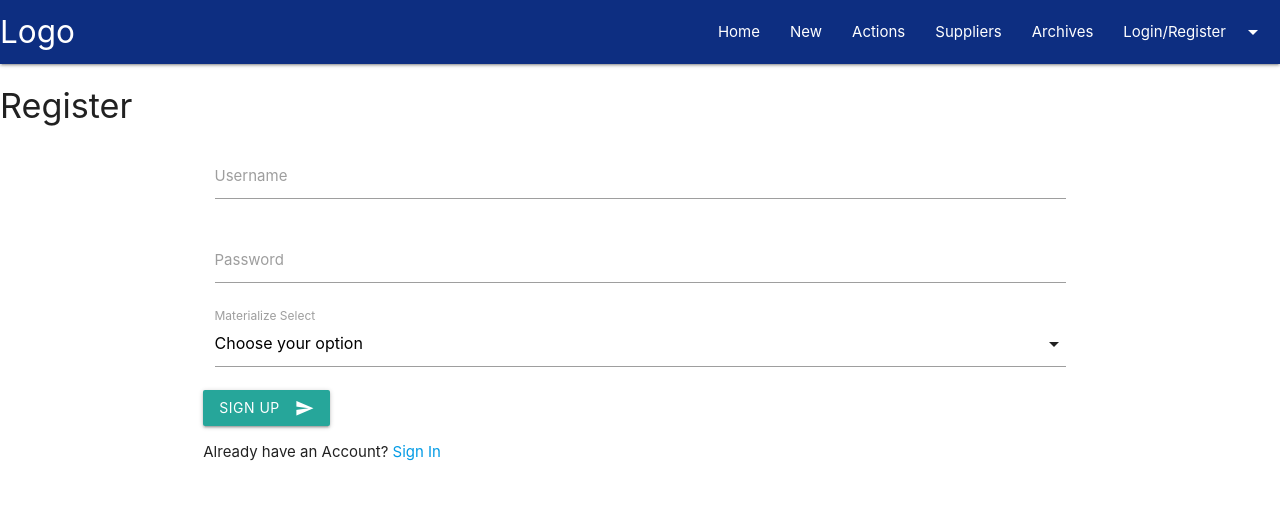
Repository: jamesgreen21/product-request-tracker
Page: tracker/templates/register.html
The author's editor kept a record of every edit. The page is drawn from the files as they stood at one moment, then again after the next edit.
The browser window is 1280 px wide. The pictures show the whole page.
The template is drawn by Flask 3. The application's start-up code is not run. Other server files are loaded and not shown. The template is opened directly, without the code that normally fills it, so the values that code supplies are empty.

Above is the page before.

### tracker/templates/register.html
{% extends 'base.html' %}
{% block title %}<title>Request Tracker | Register</title>{% endblock %}

{% block content %}

    <h4 class="branded-title">Register</h4>
    <div class="container">
        <div class="row">
            <form class="col s12" method="POST" action="{{ url_for('auth.register') }}">
                <div class="input-field col s12">
                    <input id="username" name="username" type="text" class="validate">
                    <label for="username">Username</label>
                </div>
                <div class="input-field col s12">
                    <input id="password" type="password" class="validate" name="password">
                    <label for="password">Password</label>
                </div>
                <div class="input-field col s12">
                    <select id="user_type" name="user_type">
                        <option value="" disabled selected>Choose your option</option>
                        <option value="0">Product Request Team</option>
                        <option value="1">Health & Safety Team</option>
                        <option value="2">Quality Team</option>
                        <option value="3">Scheduling Team (Cagefill)</option>
                        <option value="4">TARDIS Team (Restaurant Impact)</option>
                    </select>
                <label>Materialize Select</label>
                </div>
                <button class="btn waves-effect waves-light" type="submit" name="action">Sign Up<i class="material-icons right">send</i></button>
            </form>
            <div class="col s12">
                <p>Already have an Account? <a href="{{ url_for('auth.login') }}">Sign In</a></p>
            </div>
        </div>
    </div>

{% endblock content %}

### tracker/templates/base.html
<!DOCTYPE html>
<html>

<head>
    <!--Import Google Icon Font-->
    <link href="https://fonts.googleapis.com/icon?family=Material+Icons" rel="stylesheet">
    <!--Import materialize.css-->
    <link rel="stylesheet" href="https://cdnjs.cloudflare.com/ajax/libs/materialize/1.0.0/css/materialize.min.css">
    <link rel="stylesheet" href="{{ url_for('static', filename='css/main.css') }}" type="text/css" />
    <!--Let browser know website is optimized for mobile-->
    <meta name="viewport" content="width=device-width, initial-scale=1.0" /> {% block title %}{% endblock %}
</head>

<body>

    <!-- Navbar Dropdown -->
    <ul id="dropdown1" class="dropdown-content">
        {% if current_user.is_authenticated %}
        <li><a href="{{ url_for('auth.logout') }}">Logout</a></li>
        {% else %}
        <li><a href="{{ url_for('auth.login') }}">Login</a></li>
        <li><a href="{{ url_for('auth.register') }}">Register</a></li>
        {% endif %}
    </ul>

    <!-- Navbar -->
    <div class="navbar-fixed">
        <nav>
            <div class="nav-wrapper branded-blue">
                <a href="{{ url_for('main.index') }}" class="brand-logo">Logo</a>
                <a href="#" data-target="mobile-demo" class="sidenav-trigger"><i class="material-icons">menu</i></a>
                <ul class="right hide-on-med-and-down">
                    <li><a href="{{ url_for('main.index') }}">Home</a></li>
                    <li><a href="{{ url_for('main.add_request') }}">New</a></li>
                    <li><a href="{{ url_for('action.action_outstanding') }}">Actions</a></li>
                    <li><a href="{{ url_for('supplier.suppliers') }}">Suppliers</a></li>
                    <li><a href="{{ url_for('main.archives') }}">Archives</a></li>
                    <!-- Dropdown Trigger -->
                    <li><a class="dropdown-trigger" href="#!" data-target="dropdown1">
                        {% if current_user.is_authenticated %}{{ current_user.username }}{% else %}Login/Register{% endif %}
                        <i class="material-icons right">arrow_drop_down</i>
                    </a></li>
                </ul>
            </div>
        </nav>
    </div>

    <!-- Navbar Mobile -->
    <ul class="sidenav" id="mobile-demo">
        <li><a href="{{ url_for('main.index') }}">Home</a></li>
        <li><a href="{{ url_for('main.add_request') }}">New</a></li>
        <li><a href="{{ url_for('action.action_outstanding') }}">Actions</a></li>
        <li><a href="{{ url_for('supplier.suppliers') }}">Suppliers</a></li>
        <li><a href="{{ url_for('main.archives') }}">Archives</a></li>

        <!--Authentification check-->
        {% if current_user.is_authenticated %}
        <li><a href="{{ url_for('auth.logout') }}">Logout</a></li>
        {% else %}
        <li><a href="{{ url_for('auth.login') }}">Login</a></li>
        <li><a href="{{ url_for('auth.register') }}">Register</a></li>
        {% endif %}
    </ul>

    <!----- Messages ----->
    {% with messages = get_flashed_messages(with_categories=true) %}
    {% if messages %}
        {% for category, message in messages %}
        <div class="card-panel center flash-message {{ category }}">
            <span>{{ message }}</span>
        </div>
        {% endfor %}
    {% endif %}
    {% endwith %}

    <!----- Page content ----->
    {% block content %} {% endblock %}

    <!-- jquery -->
    <script src="https://code.jquery.com/jquery-3.4.0.js" integrity="sha256-DYZMCC8HTC+QDr5QNaIcfR7VSPtcISykd+6eSmBW5qo=" crossorigin="anonymous"></script>
    <!--JavaScript at end of body for optimized loading-->
    <script src="https://cdnjs.cloudflare.com/ajax/libs/materialize/1.0.0/js/materialize.min.js"></script>
    <script type="text/javascript">
        $(document).ready(function() {

        //  Materialize - initialize
            $('.sidenav').sidenav();
            $(".dropdown-trigger").dropdown();
            $('select').formSelect();
            $('.collapsible').collapsible();
            $('.materialboxed').materialbox();
            $('.fixed-action-btn').floatingActionButton();
            $('.tooltipped').tooltip();
            $('.modal').modal();

            //  Number formatting for thousand comma
            $( ".numberFormat" ).each(function() {
                var val = parseInt($(this).text());
                if (val > 10) {
                    val = numberWithCommas(val);
                    console.log(val)
                    $(this).text(val);
                }
            });
        });

        //  Materialize - Floating button
        document.addEventListener('DOMContentLoaded', function() {
            var elems = document.querySelectorAll('.fixed-action-btn');
            var instances = M.FloatingActionButton.init(elems, {
                direction: 'left'
            });
        });

        // ----- Pass Post ID to the Side Nav on "Action" button click
        $('.post_id').click(function() {
            var post_id = $(this).attr('data_id');

        });

        //  Number formatting for thousand comma
       function numberWithCommas(val) {
            return val.toString().replace(/\B(?=(\d{3})+(?!\d))/g, ",");
        }

    </script>

{% block script %} {% endblock %}

</body>

</html>

### tracker/static/css/main.css
/*----- Color themes ----- */

.flash-message {
    color: white;
    font-weight: 500;
}

.success {
    background-color: #26a69a;
}

.error {
    background-color: #ff3d00;
}

.message,
.information {
    background-color: #3d8eff;
}

.branded-blue {
    background-color: #0d2e81;
}

.branded-grey {
    background-color: #4c4c4c;
}

.text-branded-blue {
    color: #0d2e81;
}

.text-white {
    color: #fff;
}

.text-green {
    color: green;
}

.text-red {
    color: red;
}

.border-branded-blue {
    border: solid #0d2e81 1px;
}

.border-branded-grey{
    border: solid #4c4c4c 1px;
}

.border-white {
    border: solid #fff 1px;
}

.approval-green {
    color: #26a69a;
}

.approval-yellow {
    color: #fdd835;
}

.approval-red {
    color: #ff3d00;
}


/*----- Headings ----- */

.branded-title {}


/*----- Images ----- */

.product-img {
    max-height: 50px;
    border-radius: 50%;
}

/*----- Padding, Margins ----- */

.branded-side-padding {
    padding-right: 1rem;
    padding-left: 1rem;
}


/*----- buttons ----- */

.fixed-action-btn {
    top: 85px;
    bottom: auto;
}


/*----- Tracker Home Screen ----- */

.post-center {
    align-self: center;
    text-align: center;
    text-align: -webkit-center;
}

.post-left {
    align-self: center;
    text-align: left;
    text-align: -webkit-left;
}

/*.post-title-container {*/
/*    width: 66.666%;*/
/*}*/

.post-img-container {
    display: none;
    width: 16.666%;
}

.post-btn-container {
    width: 41.666%;
}

.post-content-container {
    width: 58.333%;
}

.post-action-container {
    display: none;
    width: 8.333%;
}

.post-action {
    background-color: grey;
    border: 2px solid white;
    height: 30px;
    width: 30px;
    border-radius: 50%;
    -moz-border-radius: 50%;
    -webkit-border-radius: 50%;
}

.post-dropdown{
    min-width: 200px;
}

table.branded-table {
    border: 2px solid #EEEEEE;
    text-align: center;
    border-collapse: collapse;
}

table.branded-product-table td,
table.branded-product-table th,
table.branded-table td,
table.branded-table th {
    border: 1px solid #0D2E81;
}

table.branded-product-table thead,
table.branded-table thead {
    background: #0D2E81;
    border-bottom: 4px solid #26A699;
}

table.branded-product-table thead th,
table.branded-table thead th {
    font-weight: bold;
    color: #FFFFFF;
    text-align: center;
    border-left: 2px solid #FFFFFF;
}

table.branded-product-table thead th:first-child,
table.branded-table thead th:first-child {
    border-left: none;
}


table.branded-product-table {
    border: 5px solid #0D2E81;
    text-align: center;
    border-collapse: collapse;
}

table.branded-product-table td:nth-child(even) {
    background: #EBEBEB;
}


/*----- Actions ----- */

.action-container{
    margin-top: 1rem;
}

.action-img-container {
    text-align: center;
    text-align: -webkit-center;
    text-align: -moz-center;
}

.action-img-container img {
    max-height: 400px;
}

.action-sidenav {
    padding: 20px;
    text-align: center;
}

.action-approval {
    font-size: 50px;
    font-weight: 600;
}


.action-detail-icon {
    text-align: right;
    align-self: center;
}

.existing-product {
    font-size: small;
    font-style: italic;
}

/*----- Output Form ----- */

.output-form tr td {
    padding: 5px;
}

.output-approval{
    height: 300px !important;
}

.output-approval table tr td,
.output-approval table tr td p {
    margin: 5px;
    padding: 5px;
    font-size: small;
}

.output-image {
    height: 300px !important;
}

.output-image img {
    max-height: 240px;
}

.output-unavailable{
    min-height: 500px;
    text-align: center;
    justify-content: center;
}



/*----- Responsive ----- */

@media screen and (min-width: 600px) {

    .post-img-container {
        display: block;
    }

    .post-btn-container {
        width: 25%;
    }
}

@media screen and (min-width: 992px) {

    .post-img-container {
        width: 8.333%;
    }

    .post-btn-container {
        width: 16.666%;
    }

    .post-content-container {
        width: 41.666%;
    }
    .post-action-container {
        display: block;
    }
    .action-container{
        margin-top: 0;
    }
    .action-img-container img {
        max-height: 300px;
    }
}

After the next edit:
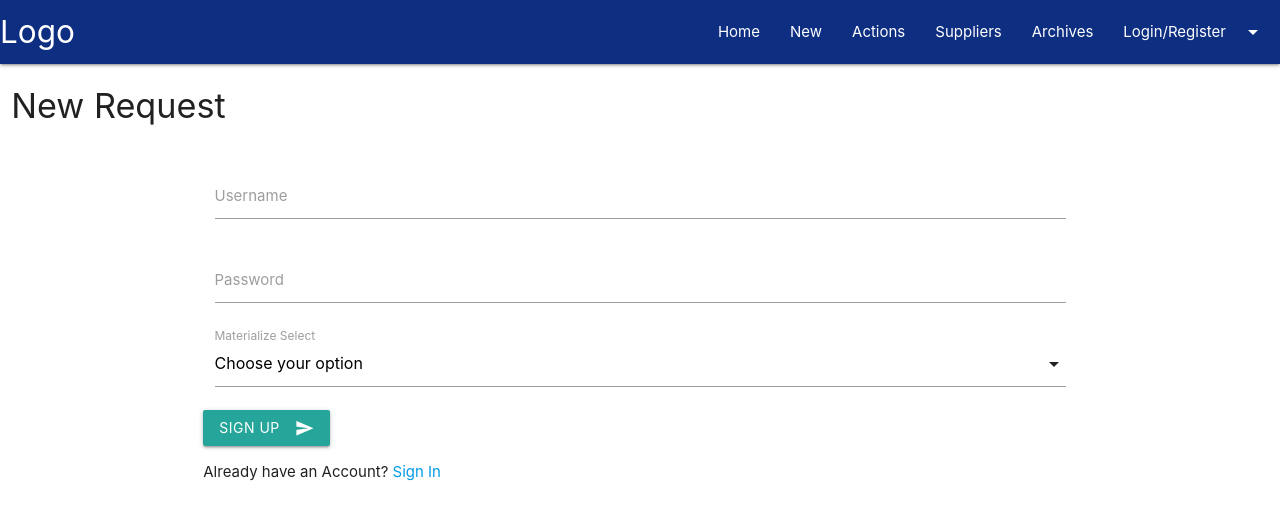
The edit:
--- a/tracker/templates/register.html
+++ b/tracker/templates/register.html
@@ -3,7 +3,14 @@
 
 {% block content %}
 
-    <h4 class="branded-title">Register</h4>
+    <div class="container-fluid">
+        <div class="row">
+            <div class="col s12">
+                <h4>New Request</h4>
+            </div>
+        </div>
+    </div>
+
     <div class="container">
         <div class="row">
             <form class="col s12" method="POST" action="{{ url_for('auth.register') }}">
